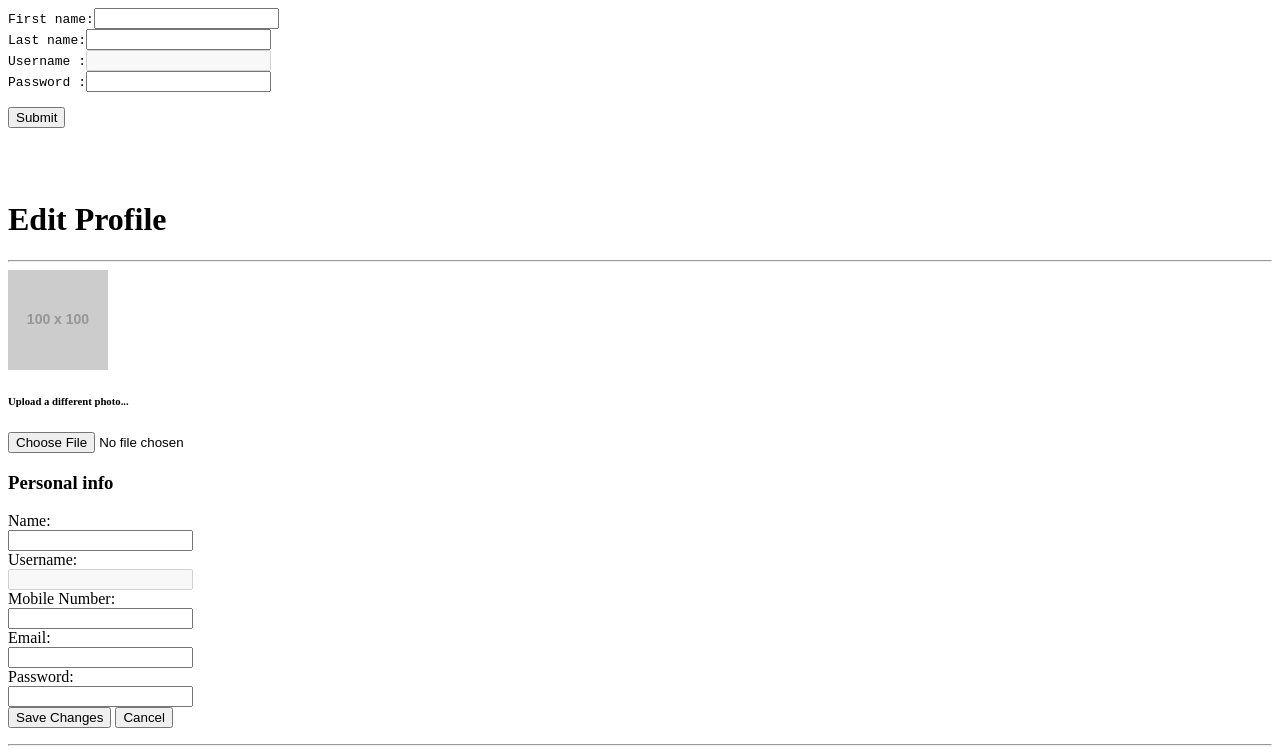
Repository: aneishkumar/AngularJS-Application
Page: Angularjs-Application-march30th/project2/WebContent/updateuser.html
These files come from the project's save history. The page is drawn as it stood at one moment and after the next save; the edit follows.
The browser window is 1280 px wide. The pictures show the whole page.

Above is the page before, as saved 2018-03-29 11:34:03.

After the next save:
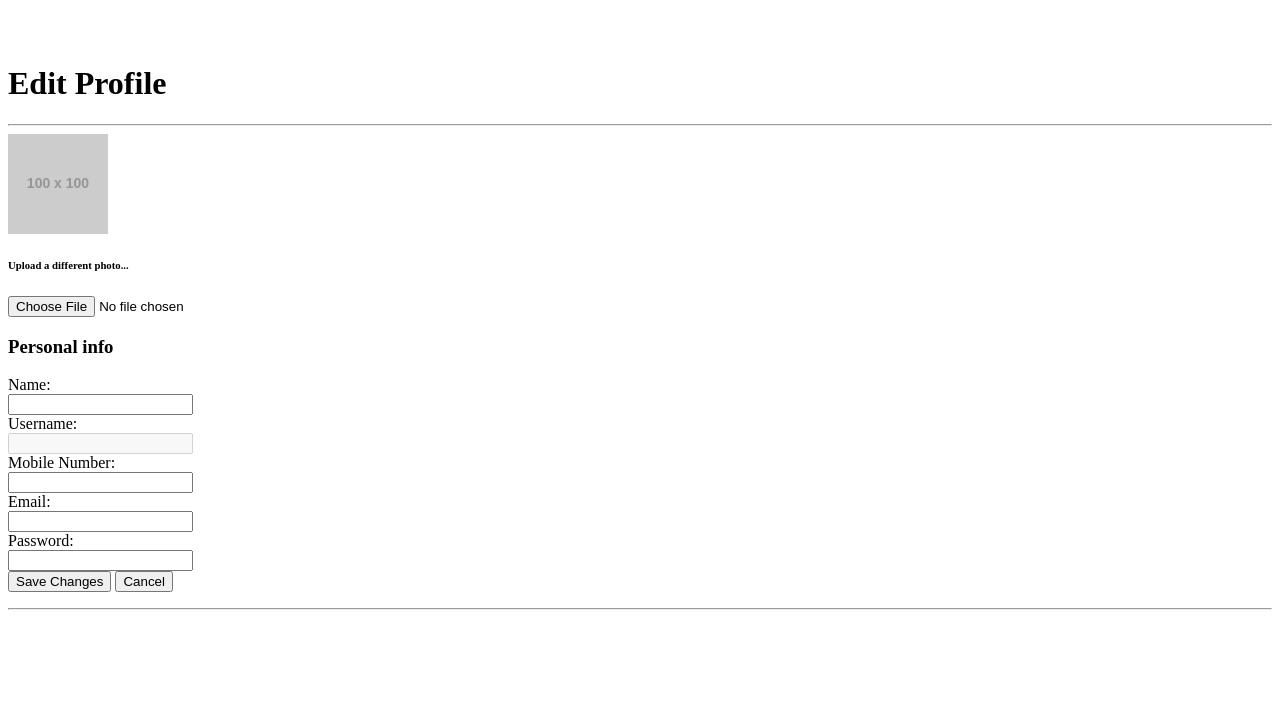
Saved 41 s later.
--- a/Angularjs-Application-march30th/project2/WebContent/updateuser.html
+++ b/Angularjs-Application-march30th/project2/WebContent/updateuser.html
@@ -1,13 +1,4 @@
-<form>
-<pre>
-First name:<input type="text" ng-model="user.firstname">
-Last name:<input type="text" ng-model="user.lastname">
-Username :<input type="text" ng-model="user.username" disabled="disabled">
-Password :<input type="password" ng-model="user.password">
 
-<input type="submit" ng-click="edituser(user)">
-</pre>
-</form>
 <br>
 <br>
 <div class="container">
